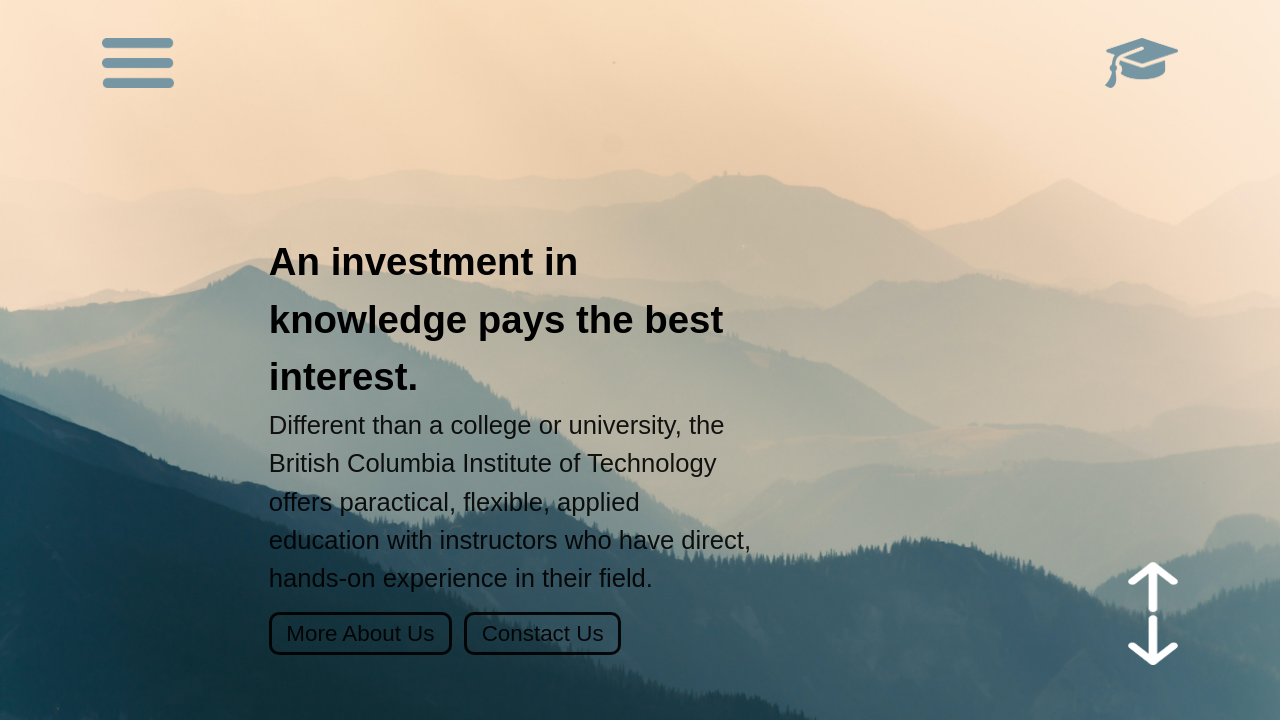
Repository: Kinakopan/playwright_bcit
Page: /
An editor plug-in stored every save of this project. The page is shown before and after the next save, followed by the edit.
The browser window is 1280 px wide. The pictures show the whole page.
Some web fonts or font styles are not loaded; a fallback is used. The project was rebuilt for these pictures with package versions that can differ from the ones it lists, and the page was loaded fresh each time. The framework's server and built-in components were replaced by stand-ins that run in the browser. Also part of the build but not shown: next.config.js.

Above is the page before, as saved 2023-01-28 15:35:47.

After the next save:
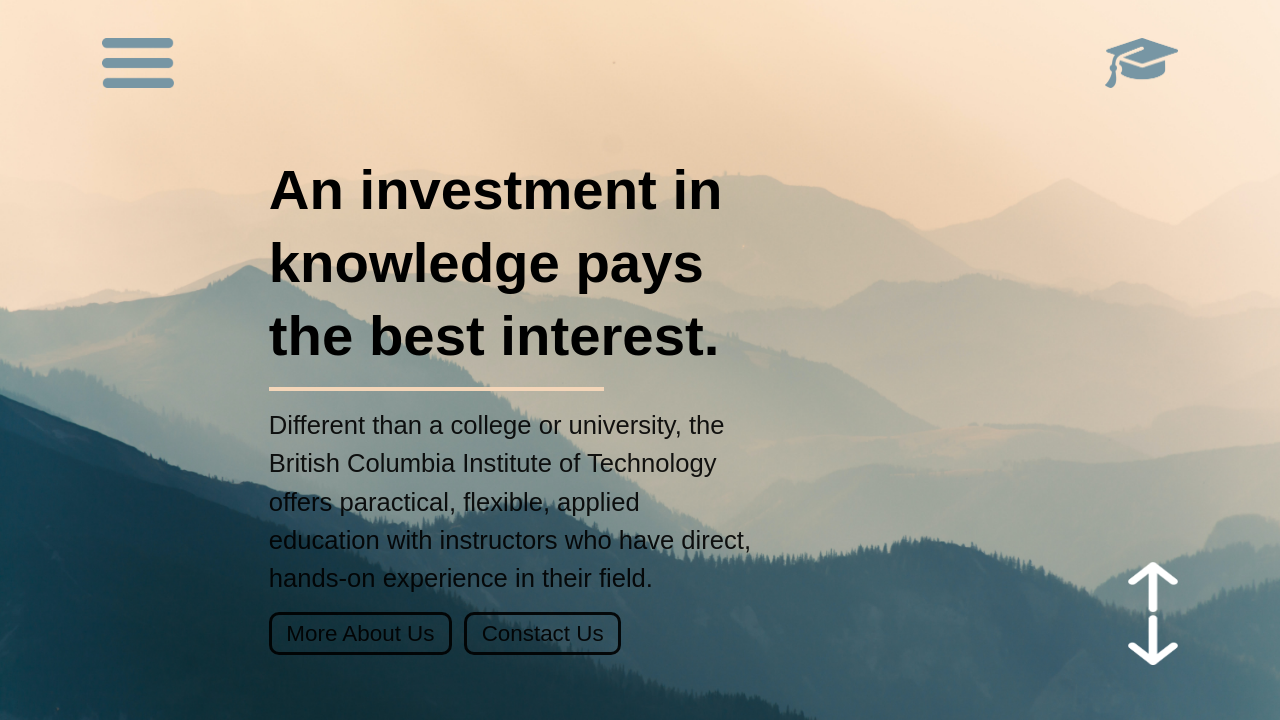
Saved 13 s later.
--- a/pages/index.js
+++ b/pages/index.js
@@ -21,7 +21,7 @@
           {/* Main contents under nav bar */}
           <main className={styles.main}>
             <div className={styles.cont_main}>
-              <h2 className={styles.text_heading1}>
+              <h2 className={styles.text_heading}>
                 An investment in knowledge pays the best interest.
               </h2>
               <p className={styles.text_body}>

After the save that followed:
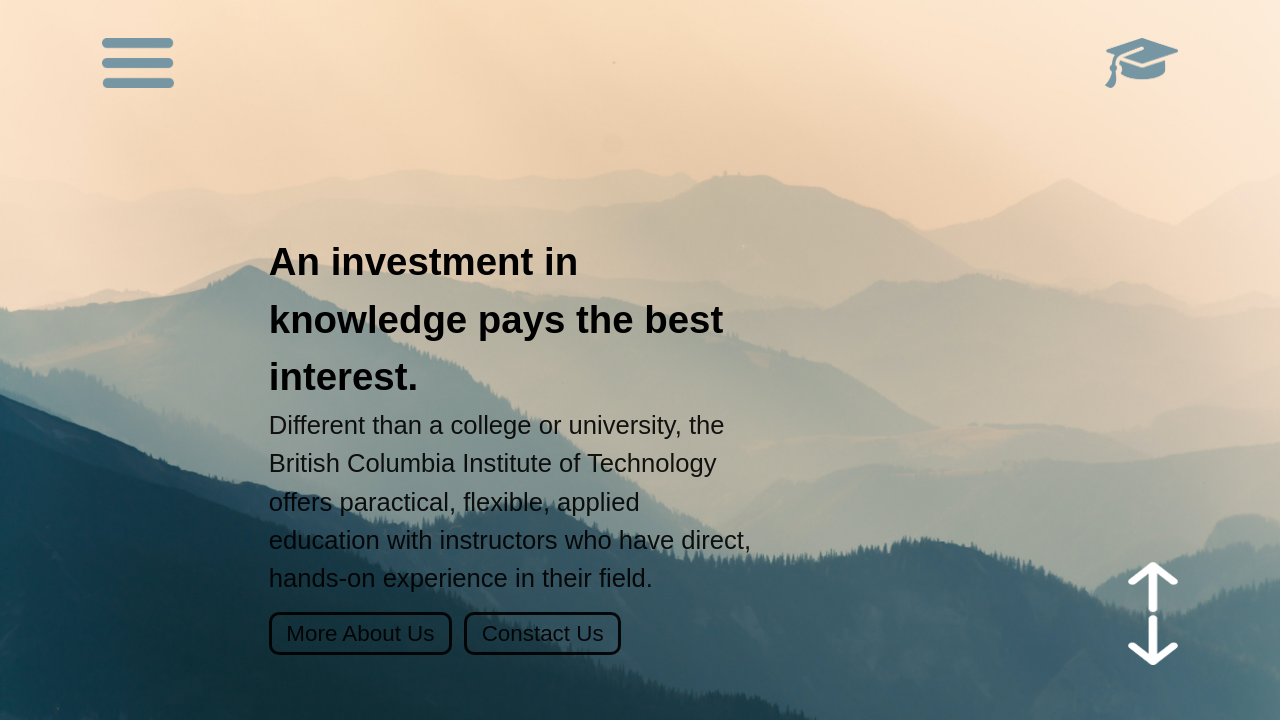
Saved 25 s later.
--- a/pages/index.js
+++ b/pages/index.js
@@ -21,7 +21,7 @@
           {/* Main contents under nav bar */}
           <main className={styles.main}>
             <div className={styles.cont_main}>
-              <h2 className={styles.text_heading}>
+              <h2 className={styles.text_heading1}>
                 An investment in knowledge pays the best interest.
               </h2>
               <p className={styles.text_body}>
